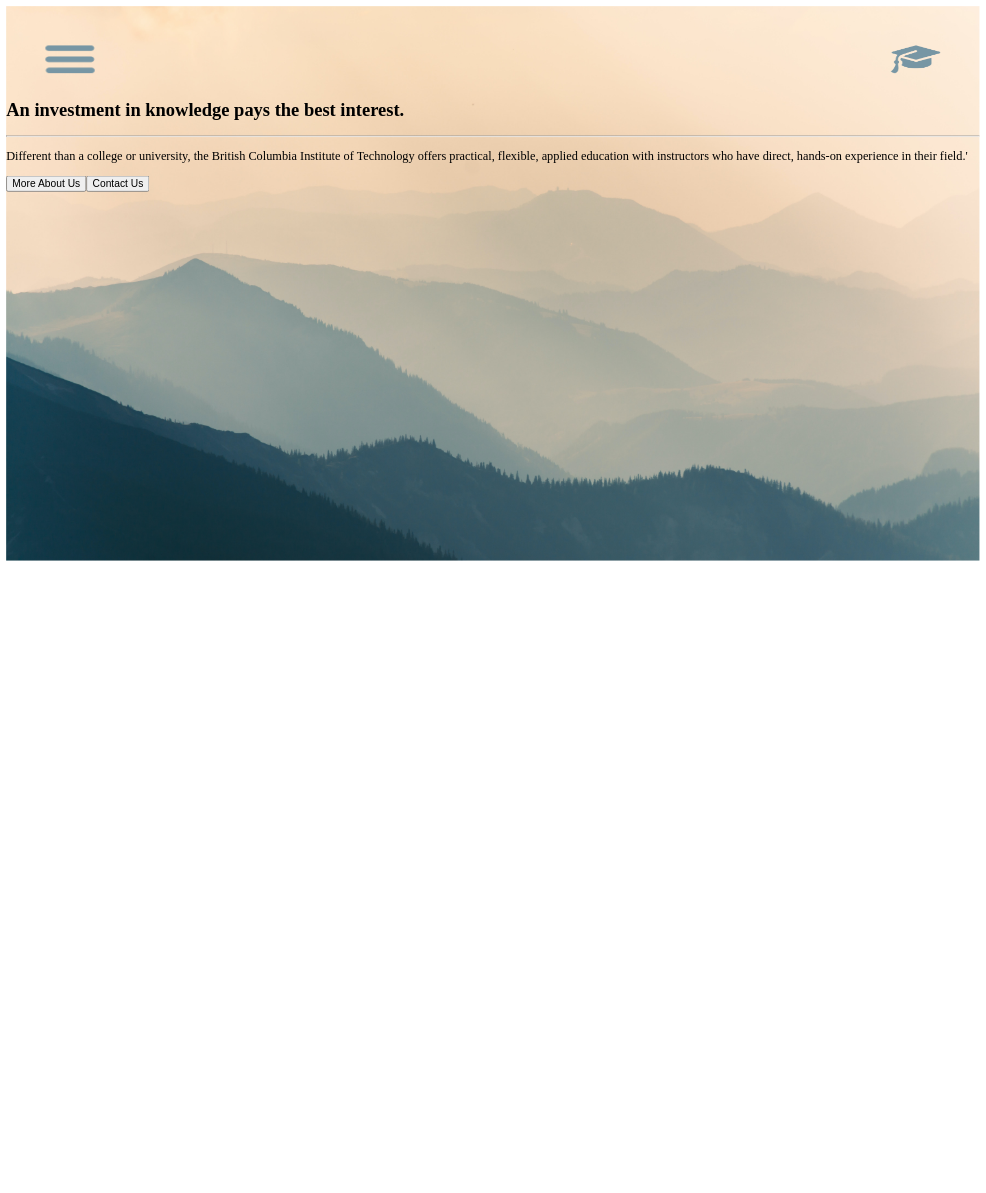
Repository: sierralaurent/MDIA2109-Assignment01
Page: /
The author's editor kept a copy of each file at every save. The page is drawn from the files as they stood at one save, then again after the next save.
The browser window is 1280 px wide. The pictures show the whole page, at 77% of full size.
The project was rebuilt for these pictures with package versions that can differ from the ones it lists, and the page was loaded fresh each time. The framework's server and built-in components were replaced by stand-ins that run in the browser. Also part of the build but not shown: next.config.js.

Above is the page before, as saved 2023-02-01 16:23:46.

### pages/index.js
import Head from 'next/head'
import Image from 'next/image'
import { Inter } from '@next/font/google'
import styles from '@/styles/Home.module.css'
import Link from 'next/link'

const inter = Inter({ subsets: ['latin'] })

export default function Home() {
  return (
    <>
    <nav>
      <Head>
        <title>Home</title>
        <meta name="author" content="MDIA 2109" />
        <meta property="og:title" content="Assignment #1 - Home Page" />
        <meta property="og:description" content="BCIT Digital Design and Development Diploma" />
        <link rel="icon" href="/favicon.png" />
        </Head>
        <main className={styles.main} >
          <div className={styles.nav}>
            <img src="icons/menu-icon.png" className={styles.icon1}/>
            <img src="icons/graduation-hat.png" className={styles.icon2}/>
          </div>
          <div className={styles.middle}>
            <div className={styles.intro}>
            <h1>An investment in knowledge pays the best interest.</h1>
            <hr></hr>
            <p>Different than a college or university, the British Columbia Institute of Technology offers practical, flexible, applied education with instructors who have direct, hands-on experience in their field.'</p>
            </div>
            <div className={styles.buttons}>
            <Link href="/about">
          <button>More About Us</button>
        </Link>
        <Link href="/contact">
        <button>Contact Us</button>
        </Link>
            </div>
          </div>
          <div className={styles.icon3}>
            <a href="/about">
              <span>
                <img
                src="icons/downwardArrow.png"
                />
              </span>
            </a>
          </div>
        </main>
    </nav>
    </>
  )
}

### styles/Home.module.css
.carouselImage {
  height: 200px;
  background-repeat: no-repeat;
  background-size: cover;
  display: flex;
  justify-content: center;
  align-items: center;
  margin: 40px 0px;
}
.main {
  background-image: url('../public/background-images/backgroundMountain.jpg');
  background-size: cover;
  height: 100vh;
}

.intro {
  position: flex;
  justify-content: center;
  align-items: center;
}

.buttons {

}

.hr {

}

.middle {
  position: flex;
  justify-content: center;
  align-items: center;
}

.icon1 {
  width: 5vw;
  height: 5vh;
  float: left;
}
.icon2 {
  width: 5vw;
  height: 5vh;
  float: right;
}
.icon3 {
  width: 5vw;
  height: 5vh;
  float: right;
  padding: 50%;
  padding-right: 10%;
}

.nav {
  padding: 4%;
}

Loaded but not shown: pages/_document.js (common file)

After the next save:
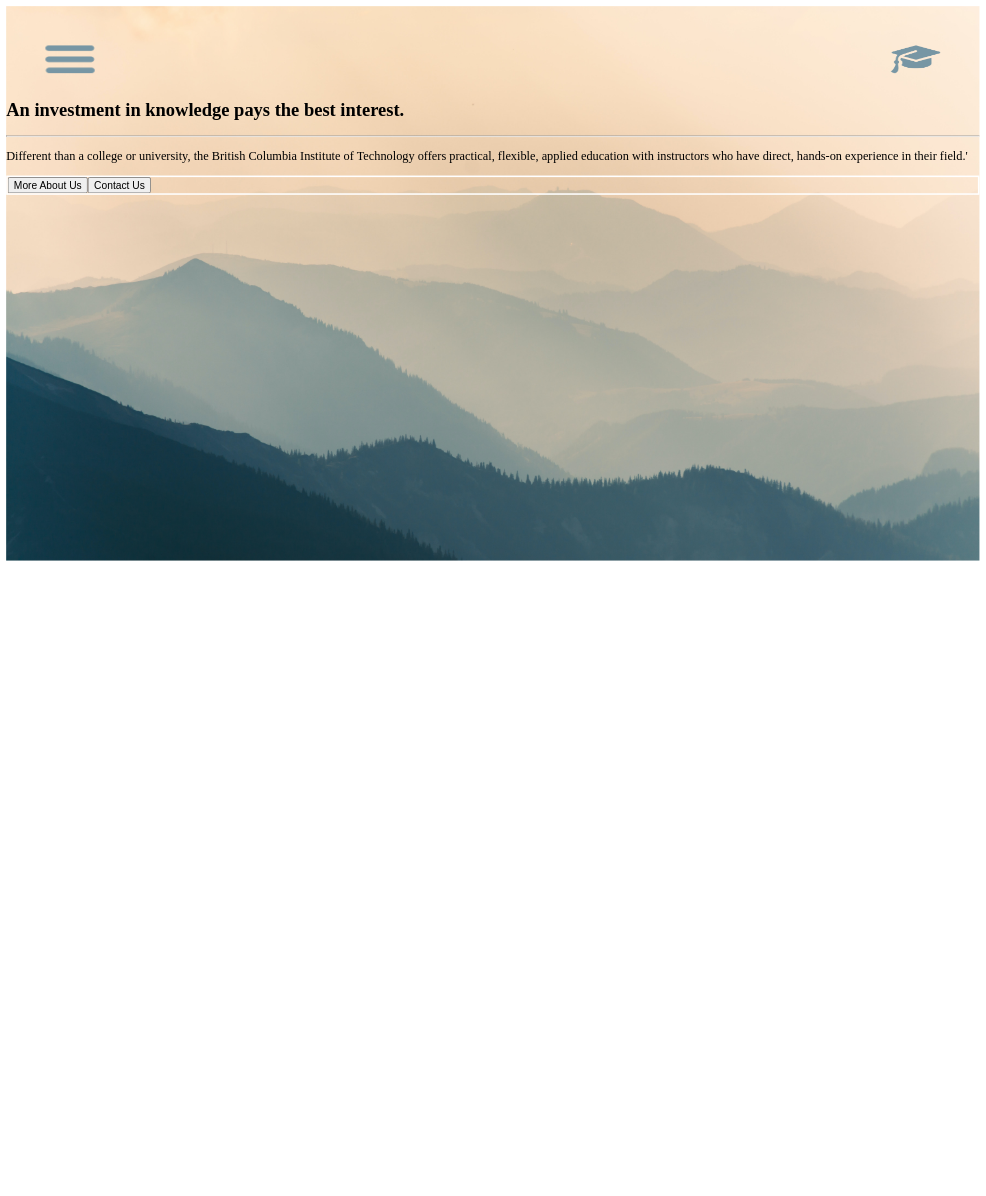
Saved 24 s later.
--- a/styles/Home.module.css
+++ b/styles/Home.module.css
@@ -20,7 +20,7 @@
 }
 
 .buttons {
-
+  border: 2px solid white;
 }
 
 .hr {

After the save that followed:
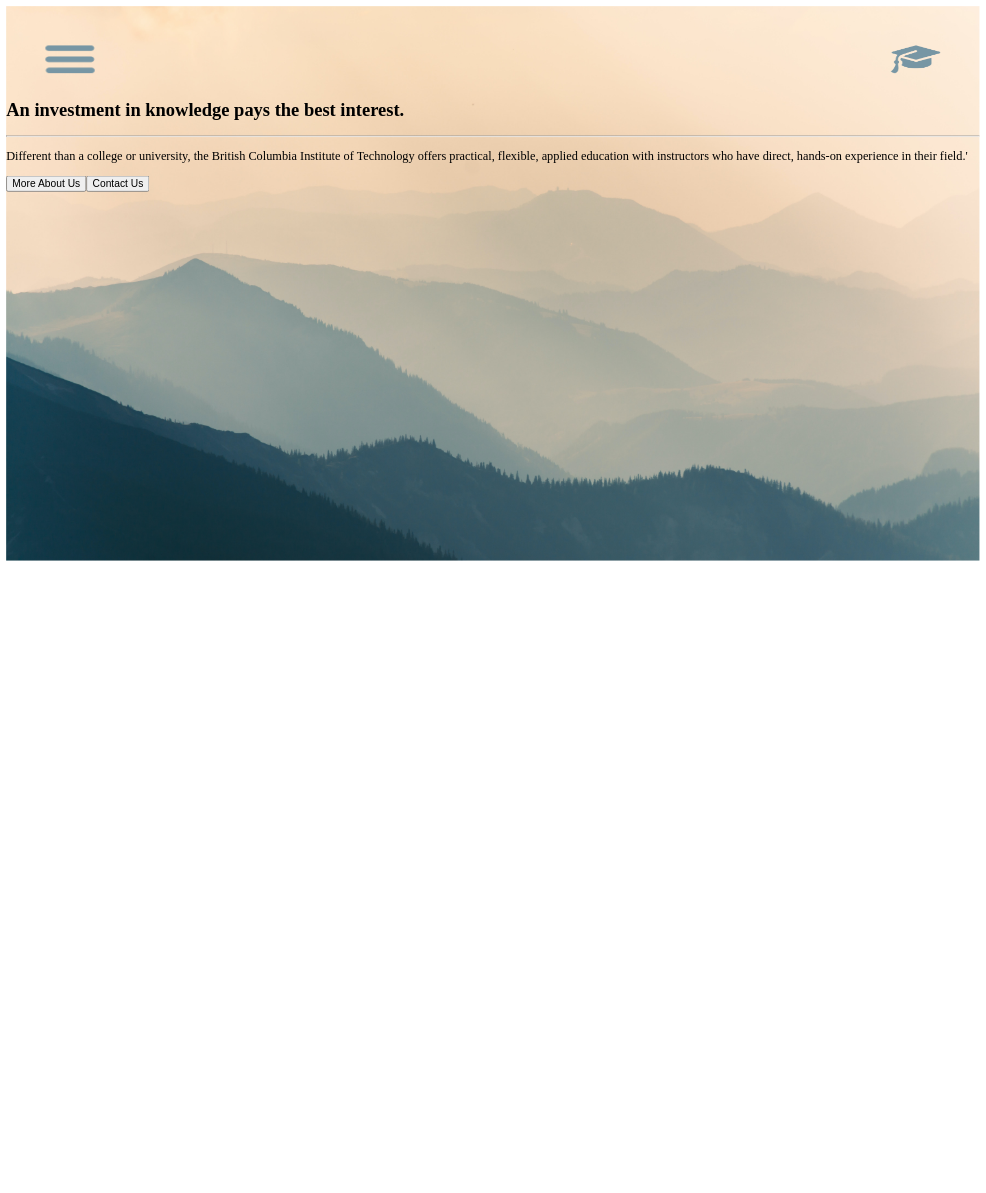
Saved 24 s later.
--- a/styles/Home.module.css
+++ b/styles/Home.module.css
@@ -20,7 +20,9 @@
 }
 
 .buttons {
-  border: 2px solid white;
+  position: flex;
+  justify-content: center;
+  align-items: center;
 }
 
 .hr {
